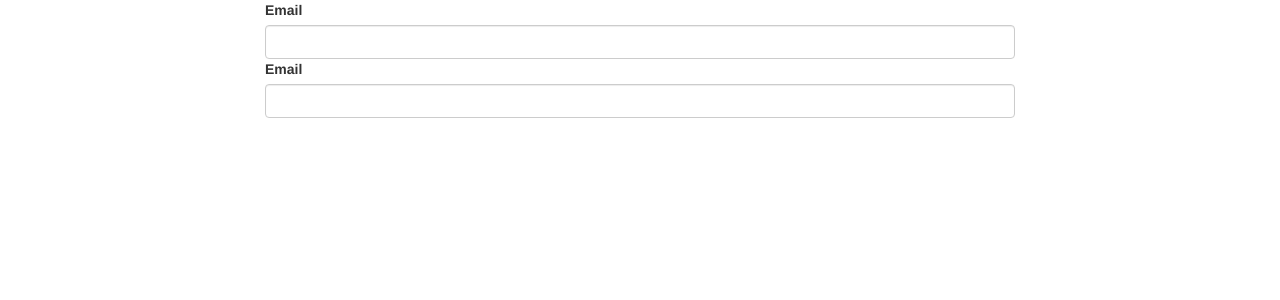
Repository: NikitasX/AngularCourse
Page: / (app in td-forms-assignment/)
These files come from the project's save history. The page is drawn as it stood at one moment and after a run of saves; the edit follows.
The browser window is 1280 px wide. The pictures show the whole page.
The project was rebuilt for these pictures with package versions that can differ from the ones it lists, and the page was loaded fresh each time. Also part of the build but not shown: td-forms-assignment/angular.json.

Above is the page before, as saved 2020-09-25 16:32:41.

After the next 2 saves:
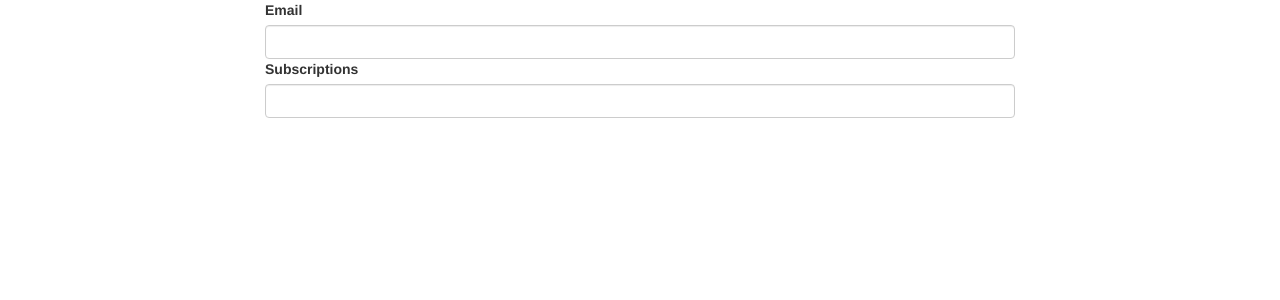
The 2 saves are shown as one change because they came seconds apart.
The last was saved 13 s later.
--- a/td-forms-assignment/src/app/app.component.html
+++ b/td-forms-assignment/src/app/app.component.html
@@ -11,7 +11,7 @@
             required
             email>
 
-            <label for="email">Email</label>
+            <label for="subscriptions">Subscriptions</label>
             <input
               type="email"
               class="form-control"
